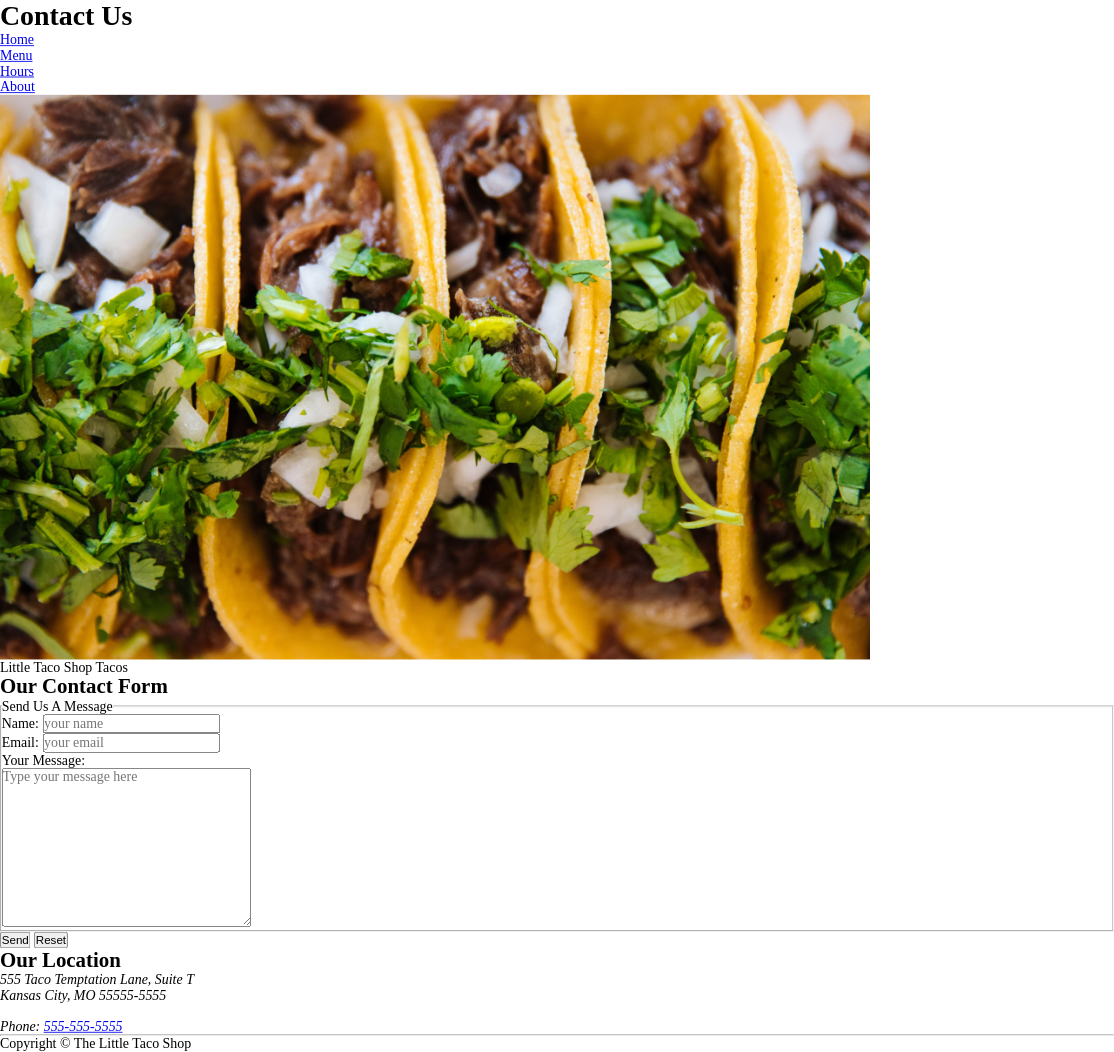
Repository: nabieusuma/Little-taco-shop
Page: contact.html
The author's editor kept a copy of each file at every save. The page is drawn from the files as they stood at one save, then again after a run of saves.
The browser window is 1280 px wide. The pictures show the whole page, at 87% of full size.

Above is the page before, as saved 2026-05-05 23:58:18.

### contact.html
<!doctype html>
<html lang="en">
  <head>
    <meta charset="UTF-8" />
    <meta name="author" content="Nabieu suma " />
    <meta
      name="description"
      content="Contact information for The Little Taco Shop"
    />
    <title>Contact Us - LTS</title>
    <link rel="icon" href="favicon.ico" type="image/x-icon" />
    <link rel="stylesheet" href="css/style.css" />
  </head>

  <body>
    <header class="header">
      <h1 class="header__h1">Contact Us</h1>
      <nav class="header__nav">
        <ul class="header__ul">
          <li>
            <a href="/">Home</a>
          </li>
          <li>
            <a href="/#menu">Menu</a>
          </li>
          <li>
            <a href="hours.html">Hours</a>
          </li>
          <li>
            <a href="about.html">About </a>
          </li>
        </ul>
      </nav>
    </header>
    <section class="hero">
      <figure>
        <img
          src="./Images/tacos_close_up_1000x649.png"
          alt="Little Taco Shop Tacos"
          title="Tacos ready to eat!"
          width="1000"
          height="649"
        />
        <figcaption class="offscreen">Little Taco Shop Tacos</figcaption>
      </figure>
    </section>
    <main>
      <section>
        <h2>Our Contact Form</h2>

        <form action="https://httpbin.org/get" method="get">
          <fieldset>
            <legend>Send Us A Message</legend>
            <p>
              <label for="name">Name:</label>
              <input
                type="text"
                name="name"
                id="name"
                placeholder="your name"
                required
              />
            </p>
            <p>
              <label for="email">Email:</label>
              <input
                type="email"
                name="email"
                id="email"
                placeholder="your email"
                required
              />
            </p>
            <p>
              <label for="message">Your Message:</label>
              <br />
              <textarea
                name="message"
                id="message"
                cols="30"
                rows="10"
                placeholder="Type your message here"
              ></textarea>
            </p>
          </fieldset>
          <button type="submit">Send</button>
          <button type="reset">Reset</button>
        </form>
      </section>
      <section>
        <h2>Our Location</h2>
        <address>
          555 Taco Temptation Lane, Suite T<br />
          Kansas City, MO 55555-5555
          <br /><br />
          Phone: <a href="tel:+5555555555">555-555-5555</a>
        </address>
      </section>
    </main>
    <hr />
    <footer>
      <p>Copyright &copy; The Little Taco Shop</p>
    </footer>
  </body>
</html>

### style.css
@import url("https://fonts.googleapis.com/css2?family=Fraunces:ital,opsz,wght@0,9..144,100..900;1,9..144,100..900&family=Hanken+Grotesk:ital,wght@0,100..900;1,100..900&family=Kumbh+Sans:wght,YOPQ@100..900,300&family=Montserrat:ital,wght@0,100..900;1,100..900&family=Nunito:ital,wght@0,200..1000;1,200..1000&family=Outfit:wght@100..900&family=Red+Hat+Display:ital,wght@0,300..900;1,300..900&family=Roboto:ital,wght@0,100..900;1,100..900&family=Work+Sans:ital,wght@0,100..900;1,100..900&display=swap");

*,
*::before,
*::after {
  padding: 0;
  margin: 0;
  box-sizing: border-box;
}

img {
  display: block;
  max-width: 100%;
  height: auto;
}

input, forms, textarea {
  font: inherit;
}

After the next 2 saves:
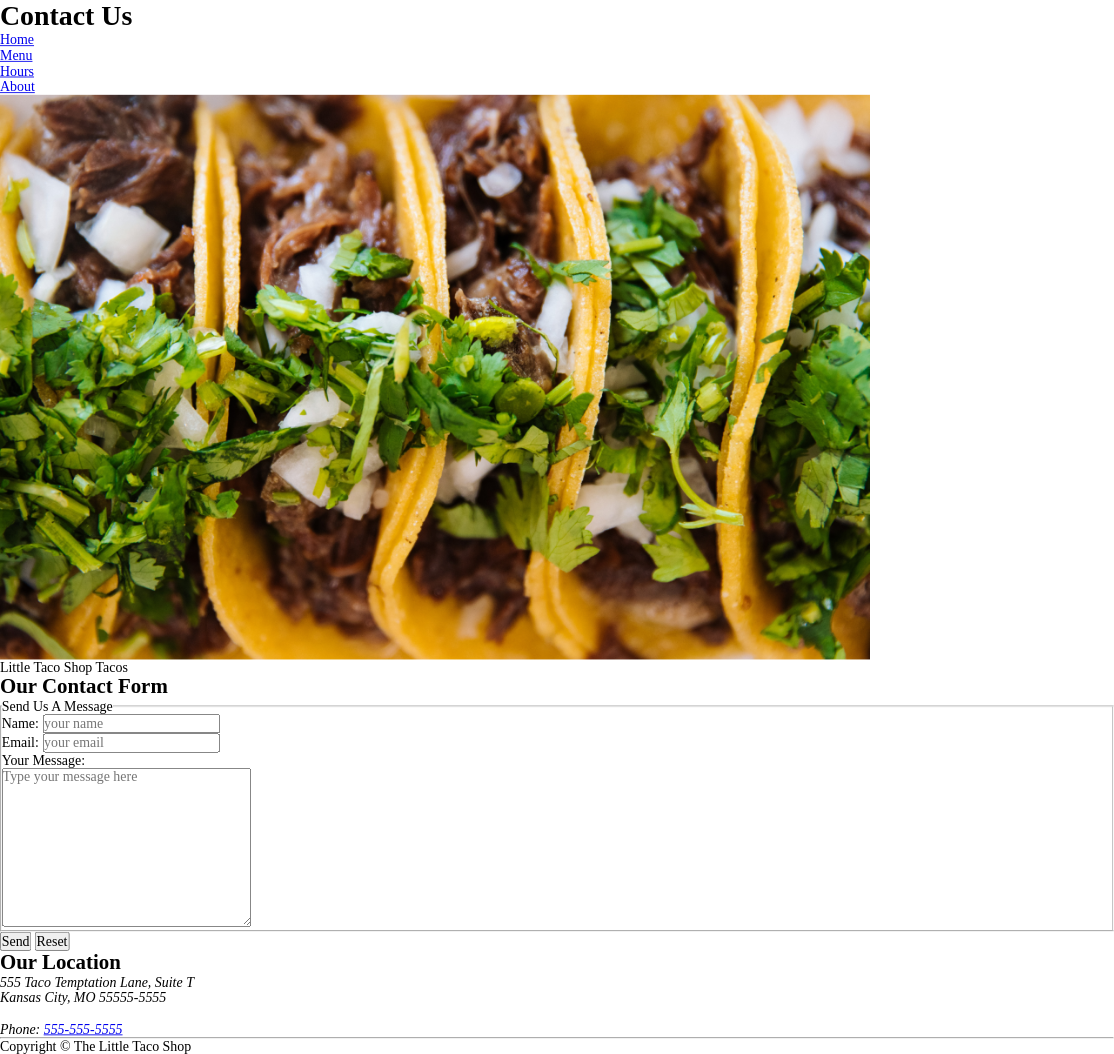
The 2 saves are shown as one change because they came seconds apart.
The last was saved 8 s later.
--- a/style.css
+++ b/style.css
@@ -14,6 +14,8 @@ img {
   height: auto;
 }
 
-input, forms, textarea {
+input,
+button,
+textarea {
   font: inherit;
 }
